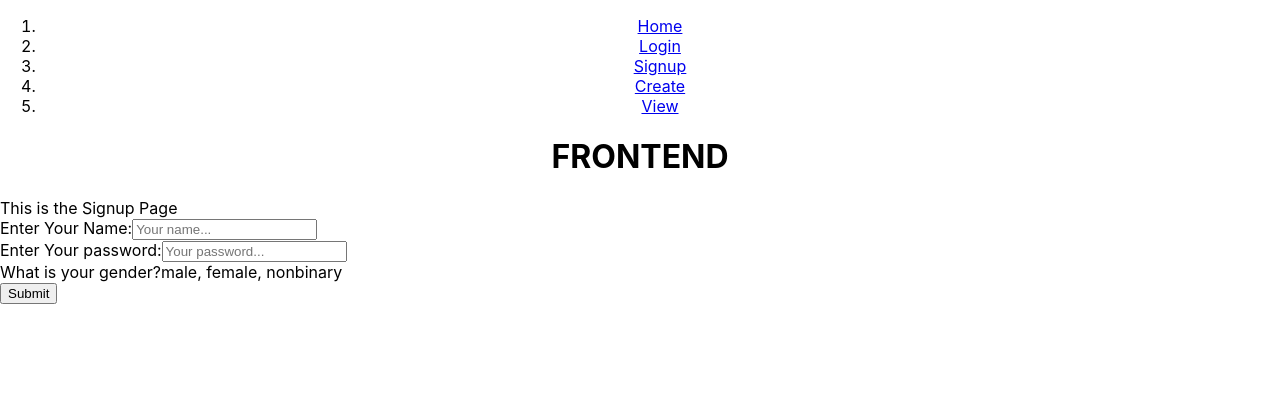
Repository: MikeTroianello/SuPro
Page: /signup (app in frontend/)
An editor plug-in stored every save of this project. The page is shown before and after a run of saves, followed by the edit.
The browser window is 1280 px wide. The pictures show the whole page.
The project was rebuilt for these pictures with package versions that can differ from the ones it lists, and the page was loaded fresh each time. A package was used in the major version that the imports need, not the one package.json lists. Also part of the build but not shown: frontend/src/components/Home.js, frontend/src/components/Login.js, frontend/src/components/Create.js, frontend/src/components/View.js.

Above is the page before, as saved 2019-10-04 14:16:52.

After the next 3 saves:
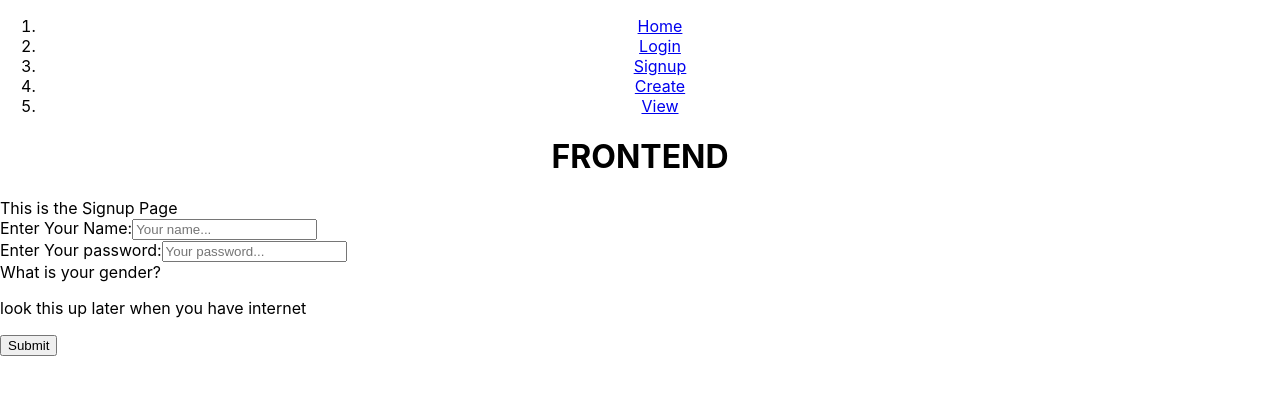
The 3 saves are shown as one change because 2 did not build or start.
The last was saved 2 min 44 s later.
--- a/frontend/src/components/Signup.js
+++ b/frontend/src/components/Signup.js
@@ -16,7 +16,8 @@ export default class Signup extends Component {
           </div>
           <div className='form-piece'>
             <label for='gender'>What is your gender?</label>
-            <list>male, female, nonbinary</list>
+            <p>look this up later when you have internet</p>
+            {/* <input>male, female, nonbinary</input> */}
           </div>
           <button>Submit</button>
         </form>
